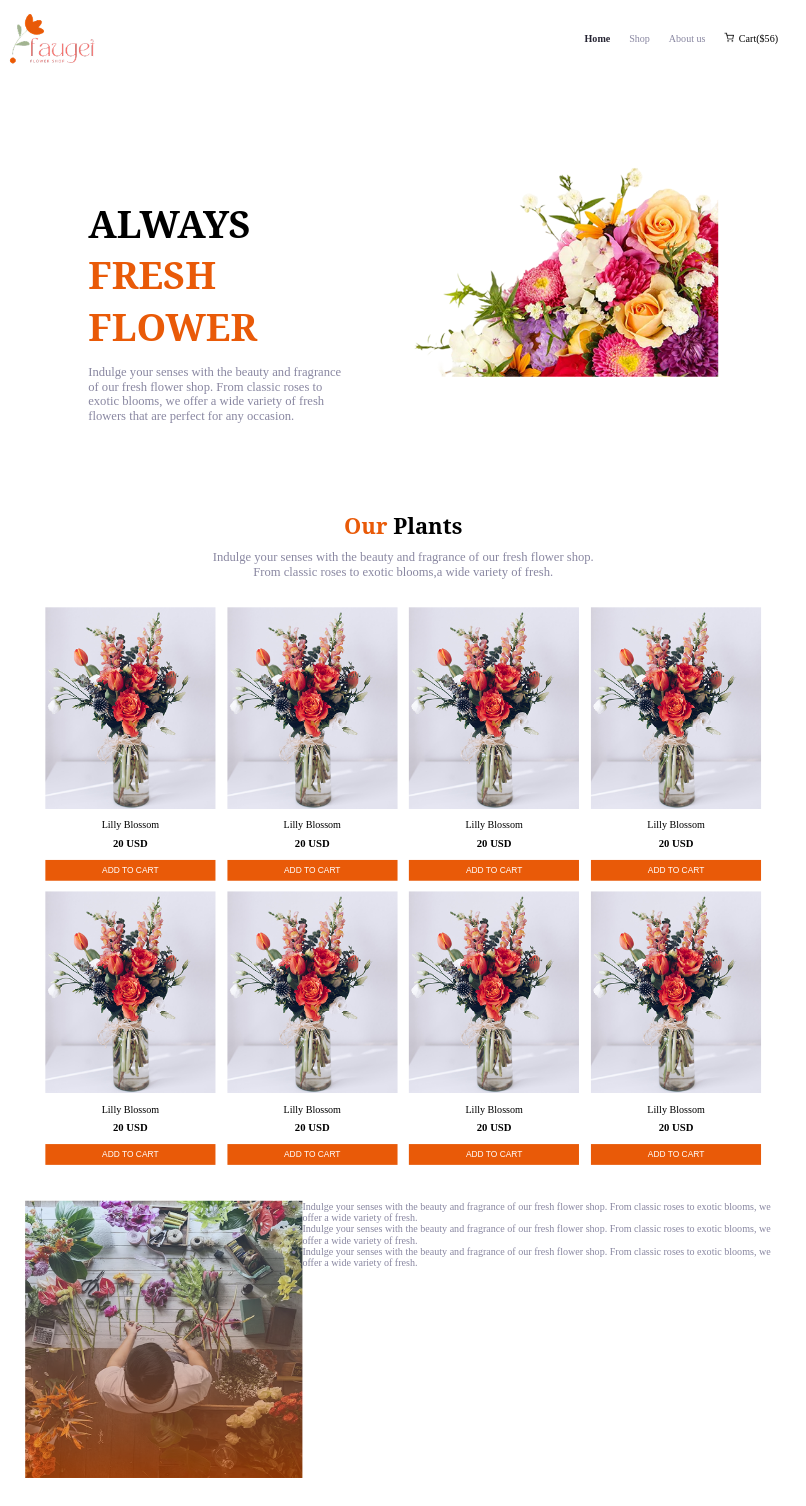
Repository: dollyrakhe22/Flowers-main-website
Page: index.html
The author's editor kept a copy of each file at every save. The page is drawn from the files as they stood at one save, then again after the next save.
The browser window is 1280 px wide. The pictures show the whole page, at 63% of full size.
Some web libraries are served in a nearby version.

Above is the page before, as saved 2025-07-24 08:45:28.

### index.html
<!DOCTYPE html>
<html lang="en">
<head>
    <meta charset="UTF-8">
    <meta name="viewport" content="width=device-width, initial-scale=1.0">
    <title>Flowers Site</title>
    <link rel="stylesheet" href="style.css">
    <link rel="stylesheet" href="https://cdnjs.cloudflare.com/ajax/libs/font-awesome/7.0.0/css/all.min.css" integrity="sha512-DxV+EoADOkOygM4IR9yXP8Sb2qwgidEmeqAEmDKIOfPRQZOWbXCzLC6vjbZyy0vPisbH2SyW27+ddLVCN+OMzQ==" crossorigin="anonymous" referrerpolicy="no-referrer" />
</head>
<body >
    <header>
           <nav class="nav-bar display-flex">
                <img src="assets/logo.png" alt="" srcset="">


              <ul class="list-link display-flex">
                <li class="list-item text-black ">Home</li>
                <li class="list-item text-gray">Shop</li>
                <li class="list-item text-gray">About us</li>
                <li class="list-item"><img src="assets/shopping-cart (1).jpg"id="shopping-card" alt="" srcset=""width="15px" height="15px">Cart($56)</li>
             </ul>
           </nav>
           </header>
   <main>
  <!--Fresh Flowers-->

 <section class="flower-section display-flex">
  <div class="fresh-flower">
   <h1 class="flower-title noto-serif-normal">ALWAYS <span class="primary-color">FRESH<br> FLOWER</span></h1>
   <p class="flower-description text-gray">Indulge your senses with the beauty and fragrance of our fresh flower shop. From classic roses to exotic blooms,
     we offer a wide variety of fresh flowers that are perfect for any occasion. </p>
  </div>
  <div class="flower-img">
    <img src="assets/hero-flower.png" alt="" srcset="">
  </div>

 </section>
 <!--Plants-->
<section class="plants-section">

    <h1 class="plant-title noto-serif-normal"><span class="primary-color">Our</span> Plants</h1>
    <p class="plant-description text-gray">Indulge your senses with the beauty
      and fragrance  of our fresh flower shop. <span style="display: block;"> From classic roses to exotic blooms,a wide variety of fresh.</span>
     </p>
</section>
<!--Plant-Card-Container-->
<section >
<div class="card-container">
  <div class="plant-card">
    <img src="assets/sample-flower-image.png" alt="" srcset="">
    <h4 class="lily">Lilly Blossom</h4>
    <p class="price">20 USD</p>
    <button class="btn">ADD TO CART</button>
  </div>
  <div class="plant-card">
    <img src="assets/sample-flower-image.png" alt="" srcset="">
    <h3 class="lily">Lilly Blossom</h3>
    <p class="price">20 USD</p>
    <button class="btn">ADD TO CART</button>
  </div>
  <div class="plant-card">
    <img src="assets/sample-flower-image.png" alt="" srcset="">
    <h3 class="lily">Lilly Blossom</h3>
    <p class="price">20 USD</p>
    <button class="btn">ADD TO CART</button>
  </div>
  <div class="plant-card">
    <img src="assets/sample-flower-image.png" alt="" srcset="">
    <h3 class="lily">Lilly Blossom</h3>
    <p class="price">20 USD</p>
    <button class="btn">ADD TO CART</button>
  </div>

<div class="plant-card">
    <img src="assets/sample-flower-image.png" alt="" srcset="">
    <h3 class="lily">Lilly Blossom</h3>
    <p class="price">20 USD</p>
    <button class="btn">ADD TO CART</button>
  </div>
  <div class="plant-card">
    <img src="assets/sample-flower-image.png" alt="" srcset="">
    <h3 class="lily">Lilly Blossom</h3>
    <p class="price">20 USD</p>
    <button class="btn">ADD TO CART</button>
  </div>
  <div class="plant-card">
    <img src="assets/sample-flower-image.png" alt="" srcset="">
    <h3 class="lily">Lilly Blossom</h3>
    <p class="price">20 USD</p>
    <button class="btn">ADD TO CART</button>
  </div>
  <div class="plant-card">
    <img src="assets/sample-flower-image.png" alt="" srcset="">
    <h3 class="lily">Lilly Blossom</h3>
    <p class="price">20 USD</p>
    <button class="btn">ADD TO CART</button>
  </div>

</div>
</section>
<!--Flowers-Lovers-->
<section class="flower-plant display-flex">
  <div>
    <img src="assets/flower-store.png" alt="" srcset="">
  </div>
  <div>
    <h1 class="lover-title"></h1>
    <ul>
      <li class="text-gray">Indulge your senses with the beauty and fragrance of our fresh flower shop.
         From classic roses to exotic blooms, we offer a wide variety of fresh.</li>
      <li class="text-gray">Indulge your senses with the beauty and fragrance of our fresh flower shop.
         From classic roses to exotic blooms, we offer a wide variety of fresh.</li>
      <li class="text-gray">Indulge your senses with the beauty and fragrance of our fresh flower shop.
         From classic roses to exotic blooms, we offer a wide variety of fresh.</li>
    </ul>
  </div>
</section>









    </main>
    <footer>

    </footer>
</body>
</html>

### style.css
@import url('https://fonts.googleapis.com/css2?family=Noto+Serif:ital,wght@0,100..900;1,100..900&display=swap');

*{
    box-sizing: border-box;
    margin: 0;
    padding: 0;
}

.noto-serif-normal{
  font-family: "Noto Serif", serif;
  font-optical-sizing: auto;
  font-style: normal;

}
/*shared style*/
.display-flex{
    display: flex;
}
/*black*/
.text-black{
    color:#252432;
    font-weight: bold;
}
/*dark 02*/
.text-gray{
    color: #8987A1;
}
.primary-color{
    color:#E95A08;
}
/*navbar start*/
.nav-bar{
   justify-content: space-between;
   margin: 20px auto;
   max-width: 1250px;




}
.list-link{
    justify-items: center;
    justify-content: center;
    align-items: center;



}
nav ul li{
    list-style: none;
    margin-right: 30px;
}
#shopping-card{
    margin-right: 8px;
}
/*Fresh Flower*/
.fresh-flower{
    margin-top: 70px;
}
.flower-section{
    max-width: 100%;
   margin: 140px;
   gap: 10px;
}
.flower-title{
      font-size: 3.75rem;
}
.flower-description{
    font-size: 1.25rem;
    margin-top: 20px;
}
/*Plants*/
.plants-section{
  justify-items: center;

}
.plant-title{
    font-size: 2.18rem;
    font-weight: 700;
}
.plant-description{
    font-size: 1.25rem;
    margin-top: 15px;
   text-align: center;

}
/*Plant-Card-Container*/
.card-container{
    max-width: 1150px;
    margin: 45px auto;
    display: grid;
    grid-template-columns: repeat(4,1fr);
    gap: 5px;
}
.plant-card {
    align-items: center;
    justify-items: center;
}
.lily{
    font-size: 1rem;
    font-weight:200;
    margin-top: 10px;
}
.price{
    font-size: 17px;
    font-weight: bold;
    margin-top: 10px;
}
.btn{
   background-color: #E95A08;
   color:white;
   width: 270px;
   height: 33px;
   border: none;
   margin-top: 16px;
   margin-bottom: 12px;
}
/*Flowers and Lover*/
.flower-plant{
   max-width: 100%;
    margin: 40px 40px 40px 40px;


}
.flower-plant img{
    width: 440px;
    height: 440px;
}

After the next save:
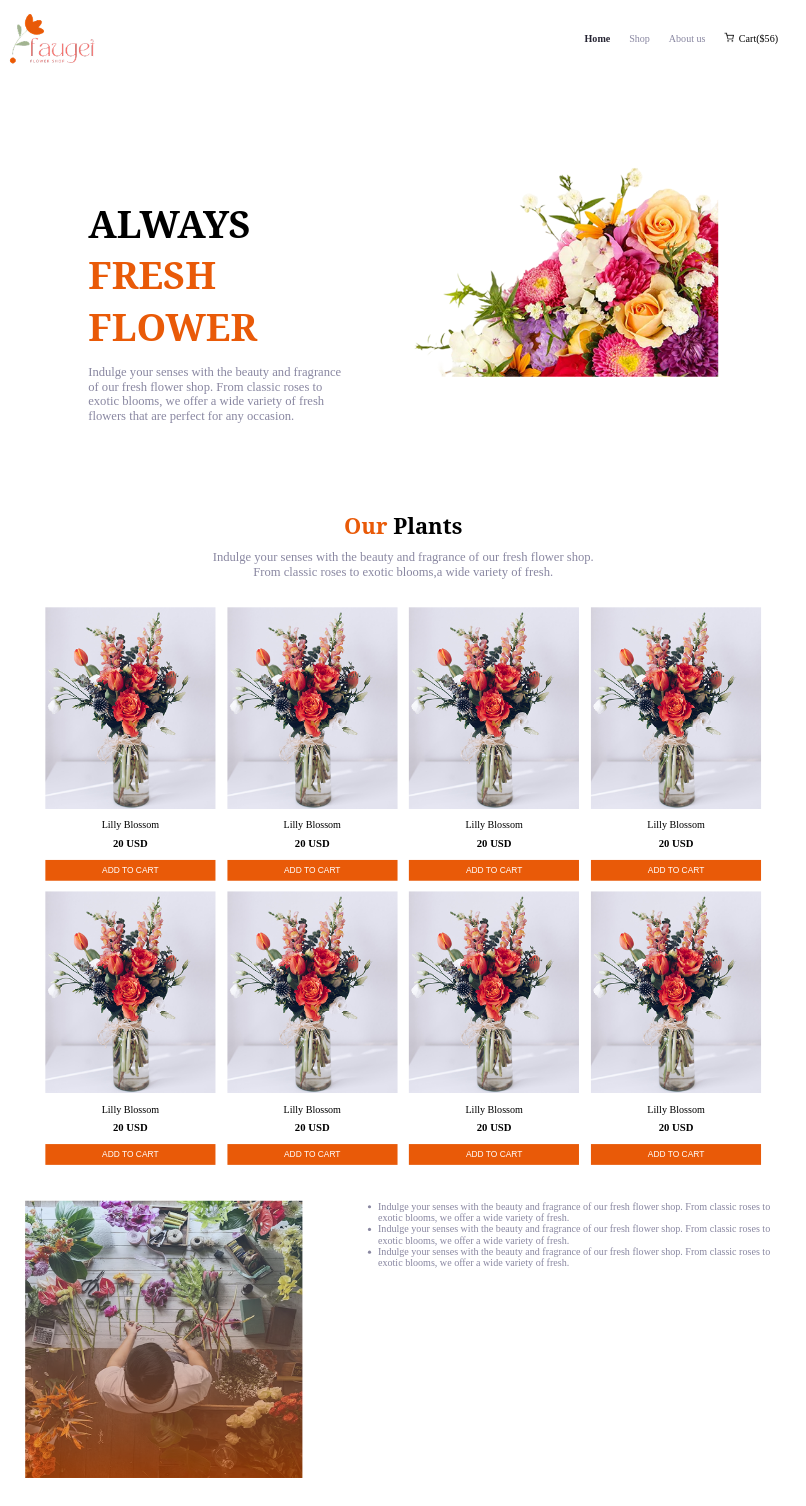
Saved 6 min 26 s later.
--- a/index.html
+++ b/index.html
@@ -103,9 +103,9 @@
   <div>
     <img src="assets/flower-store.png" alt="" srcset="">
   </div>
-  <div>
+  <div class="plan-about">
     <h1 class="lover-title"></h1>
-    <ul>
+    <ul >
       <li class="text-gray">Indulge your senses with the beauty and fragrance of our fresh flower shop.
          From classic roses to exotic blooms, we offer a wide variety of fresh.</li>
       <li class="text-gray">Indulge your senses with the beauty and fragrance of our fresh flower shop.
--- a/style.css
+++ b/style.css
@@ -118,9 +118,12 @@ nav ul li{
 /*Flowers and Lover*/
 .flower-plant{
    max-width: 100%;
-    margin: 40px 40px 40px 40px;
+    margin: 40px 40px 40px
 
 
+}
+.plan-about{
+    margin-left: 120px;
 }
 .flower-plant img{
     width: 440px;
